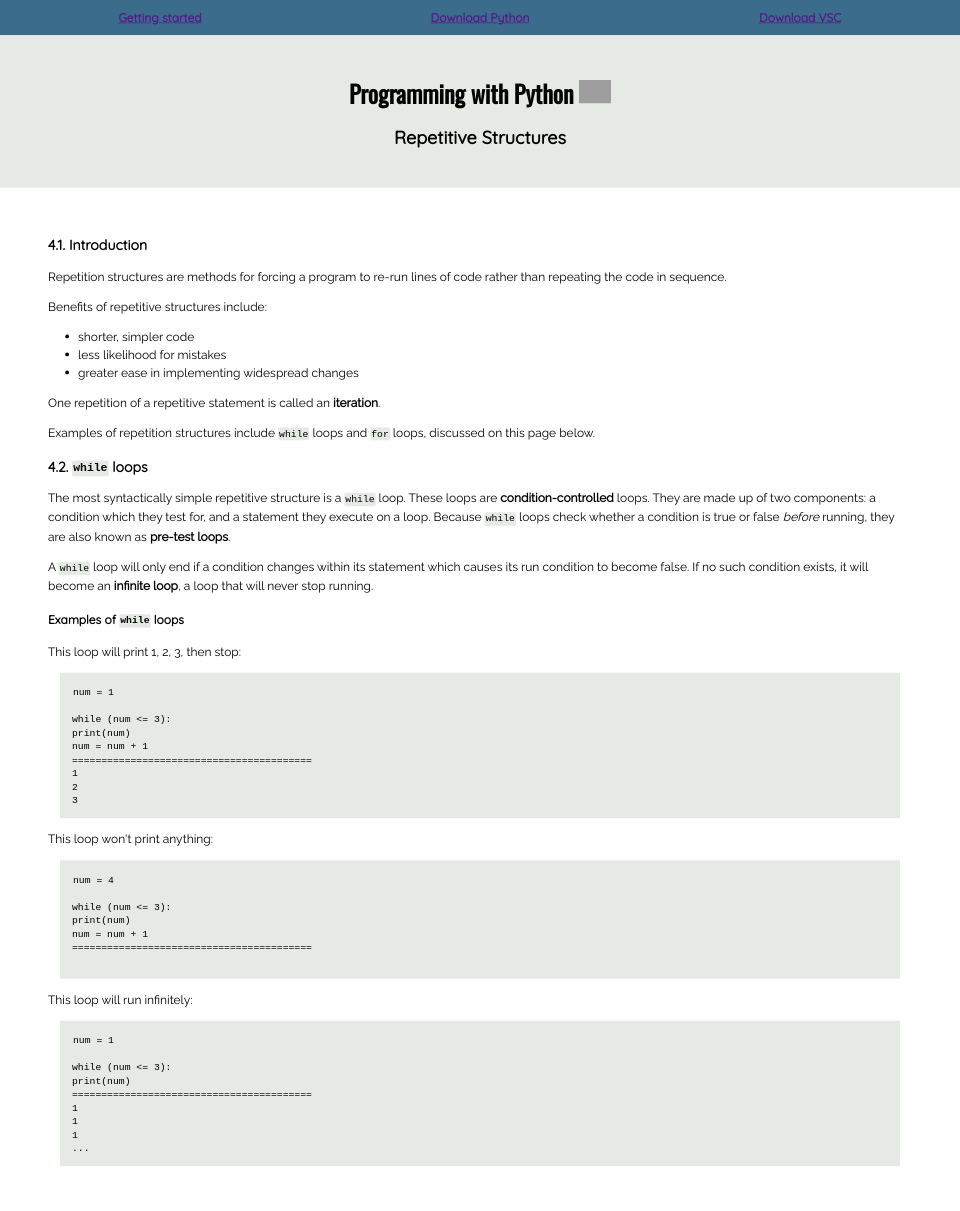
Repository: emnharris/FreeCodeCampChallenges
Page: responsive-web-design/technical-documentation-page/python-tutorial.html
The author's editor kept a copy of each file at every save. The page is drawn from the files as they stood at one save, then again after the next save.
The browser window is 1280 px wide. The pictures show the whole page, at 75% of full size.
Pictures or frames that could not be fetched are drawn as grey boxes.

Above is the page before, as saved 2020-04-16 16:15:20.

### responsive-web-design/technical-documentation-page/python-tutorial.html
<!DOCTYPE html>
<html>
    <head>
        <!--Import fonts-->
        <link href="https://fonts.googleapis.com/css2?family=Oswald&family=Quicksand&family=Raleway&display=swap" rel="stylesheet">

        <!--Import stylesheet-->
        <link rel="stylesheet" type="text/css" href="python-tutorial.css">
    </head>

    <body>
        <title>
            Programming with Python: Repetition Structures
        </title>
        <navbar id="navbar">
            <h2><a href="">Getting started</a></h2>
            <h2><a href="">Download Python</a></h2>
            <h2><a href="">Download VSC</a></h2>
        </navbar>
        <header>
            <h1>Programming with Python
            <img src="https://www.stickpng.com/assets/images/5848152fcef1014c0b5e4967.png" alt="python logo" id="logo"></h1>
            <h2>Repetitive Structures</h2>

        </header>
        <main>
            <section id="intro">
                <h3>4.1. Introduction </h3>
                <p>Repetition structures are methods for forcing a program to re-run lines of code rather than repeating the code in sequence.</p>

                <p>Benefits of repetitive structures include:</p>
                <ul>
                    <li>shorter, simpler code</li>
                    <li>less likelihood for mistakes</li>
                    <li>greater ease in implementing widespread changes</li>
                </ul>

                <p>One repetition of a repetitive statement is called an <b>iteration</b>.</p>

                <p>Examples of repetition structures include <code>while</code> loops and <code>for</code> loops, discussed on this page below.</p>
            </section>
            <section id="4.2">
                <h3>4.2. <code>while</code> loops</h3>
                <p>The most syntactically simple repetitive structure is a <code>while</code> loop. These loops are <b>condition-controlled</b> loops. They are made up of two components: a condition which they test for, and a statement they execute on a loop. Because <code>while</code> loops check whether a condition is true or false <i>before</i> running, they are also known as <b>pre-test loops</b>.</p>

                <p>A <code>while</code> loop will only end if a condition changes within its statement which causes its run condition to become false. If no such condition exists, it will become an <b>infinite loop</b>, a loop that will never stop running.</p>

                <h4>Examples of <code>while</code> loops</h4>

                <p>This loop will print 1, 2, 3, then stop:</p>
                <div id="code-block">
                    <code>
                        num = 1
                        <br>
                        <br>while (num <= 3):
                        <br>    print(num)
                        <br>    num = num + 1
                        <br>=========================================
                        <br>1
                        <br>2
                        <br>3
                    </code>
                </div>

                <p>This loop won't print anything:</p>
                <div id="code-block">
                    <code>
                        num = 4
                        <br>
                        <br>while (num <= 3):
                        <br>    print(num)
                        <br>    num = num + 1
                        <br>=========================================
                        <br>
                        <br>
                    </code>
                </div>
                <p>This loop will run infinitely:</p>
                <div id="code-block">
                    <code>
                        num = 1
                        <br>
                        <br>while (num <= 3):
                        <br>    print(num)
                        <br>=========================================
                        <br>1
                        <br>1
                        <br>1
                        <br>...
                    </code>
                </div>
            </section>
        </main>
    </body>
</html>

### responsive-web-design/technical-documentation-page/python-tutorial.css
code {
    background-color: rgb(229, 234, 229);
    padding: .1em;
    border-radius: 10%;
}
#code-block {
    background-color: rgb(229, 234, 229);
    padding: 1em;
    width: auto;
    margin: 1em;
}
body {
    margin: 0px;
}
main {
    margin: 5%;
}
h1 {
    font-family: 'Oswald', sans-serif;
    text-align: center;
}
h2 {
    font-family: 'Quicksand', sans-serif;
    text-align: center;
}
h3, h4 {
    font-family: 'Quicksand', sans-serif;
}
p, li {
    font-family: 'Raleway', sans-serif;
    line-height: 1.5em;
}
/* navbar styling */
#navbar {
    background-color: rgb(60, 108, 140);
    display: grid;
    grid-template-columns: 1fr 1fr 1fr;
    align-items: center;
    text-align: center;
}

#navbar > h2 {
    text-decoration: none;
    color: white;
    font-size: 1em;
}

/* header styling */
header {
    background-color: rgb(229, 234, 229);
    padding: 2em;
}
#logo {
    height: 1em;
    width: auto;
}

After the next save:
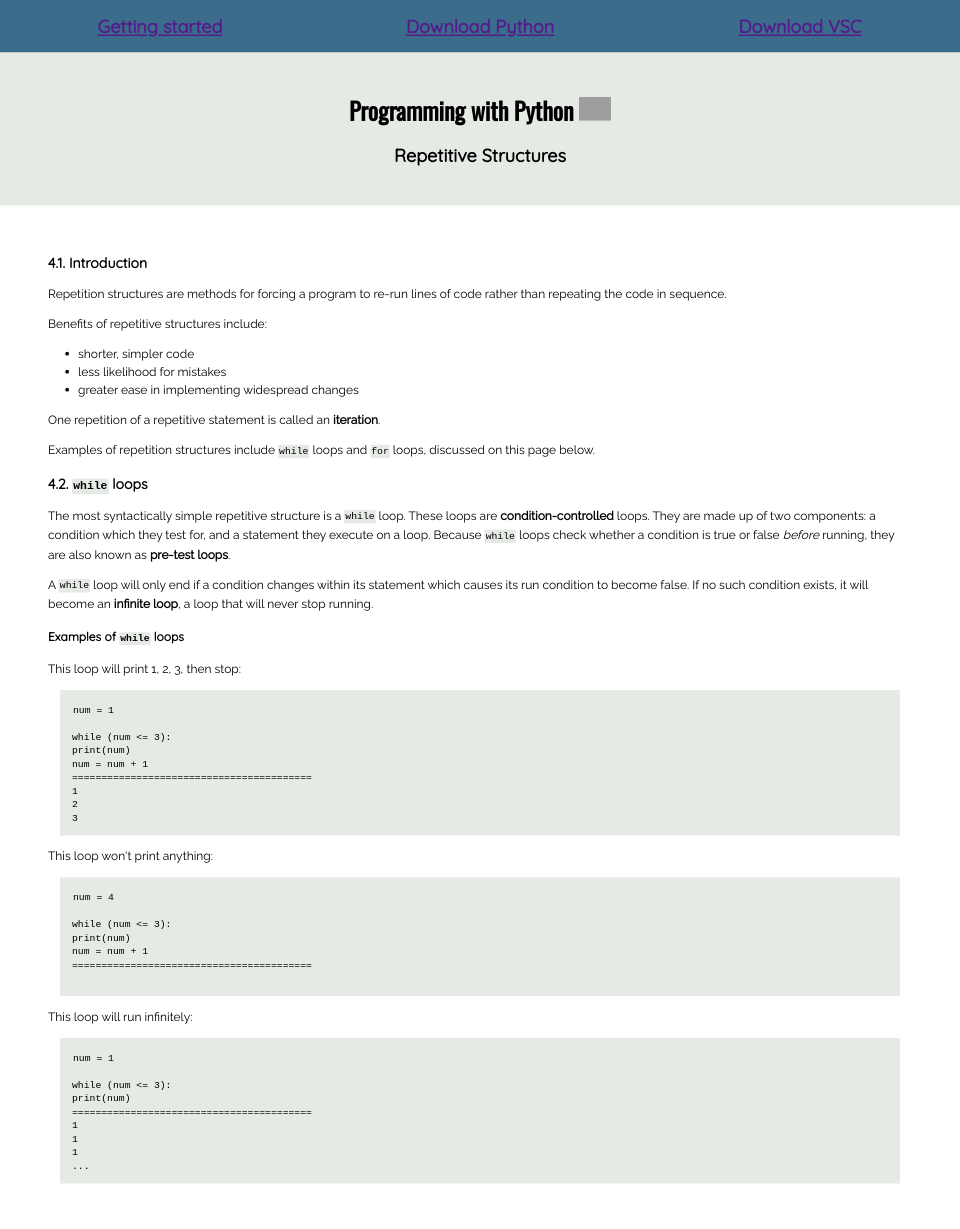
Saved 18 s later.
--- a/responsive-web-design/technical-documentation-page/python-tutorial.css
+++ b/responsive-web-design/technical-documentation-page/python-tutorial.css
@@ -39,7 +39,7 @@
     text-align: center;
 }
 
-#navbar > h2 {
+#navbar > a {
     text-decoration: none;
     color: white;
     font-size: 1em;

After the save that followed:
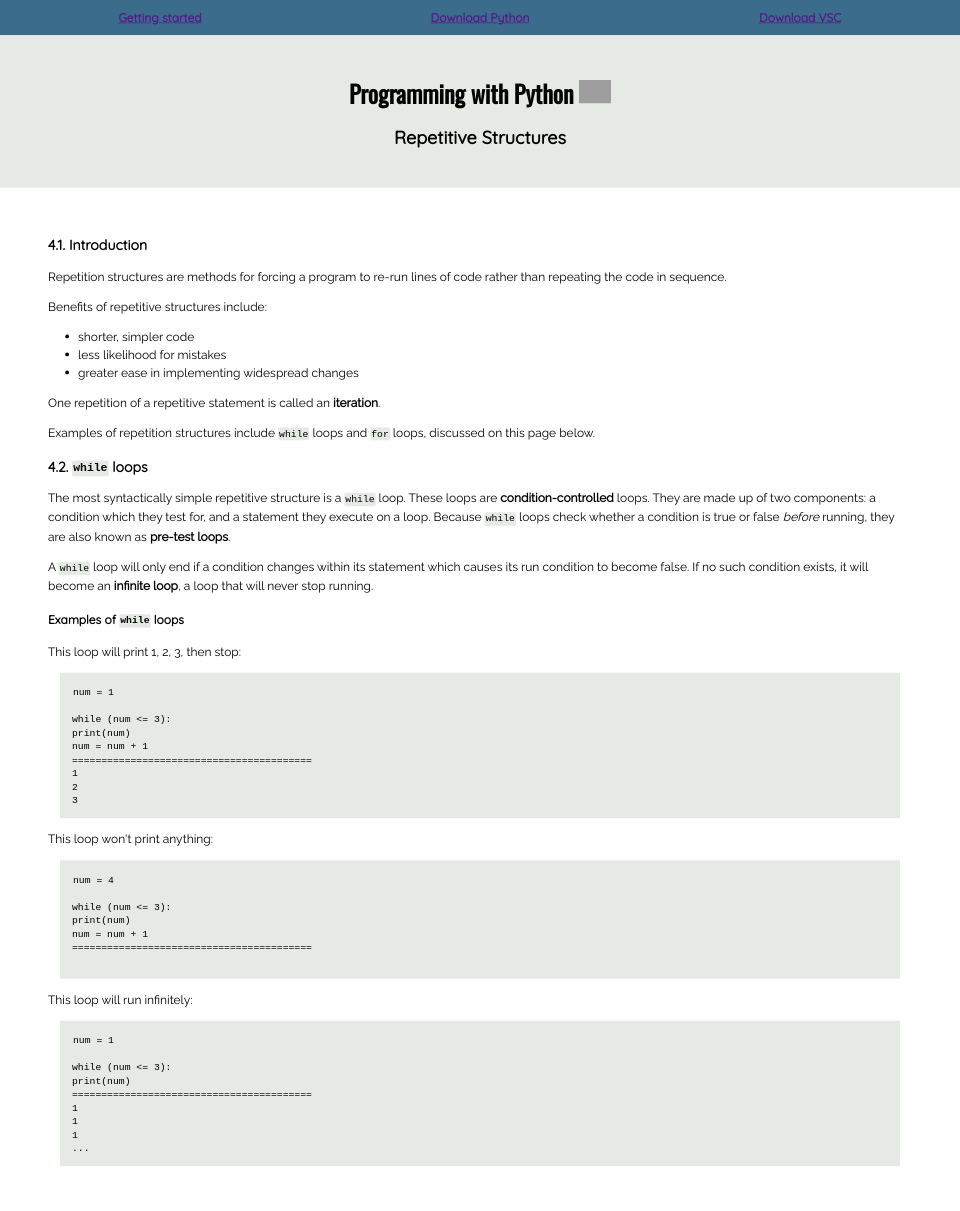
Saved 11 s later.
--- a/responsive-web-design/technical-documentation-page/python-tutorial.css
+++ b/responsive-web-design/technical-documentation-page/python-tutorial.css
@@ -39,7 +39,7 @@
     text-align: center;
 }
 
-#navbar > a {
+#navbar > h2 {
     text-decoration: none;
     color: white;
     font-size: 1em;
